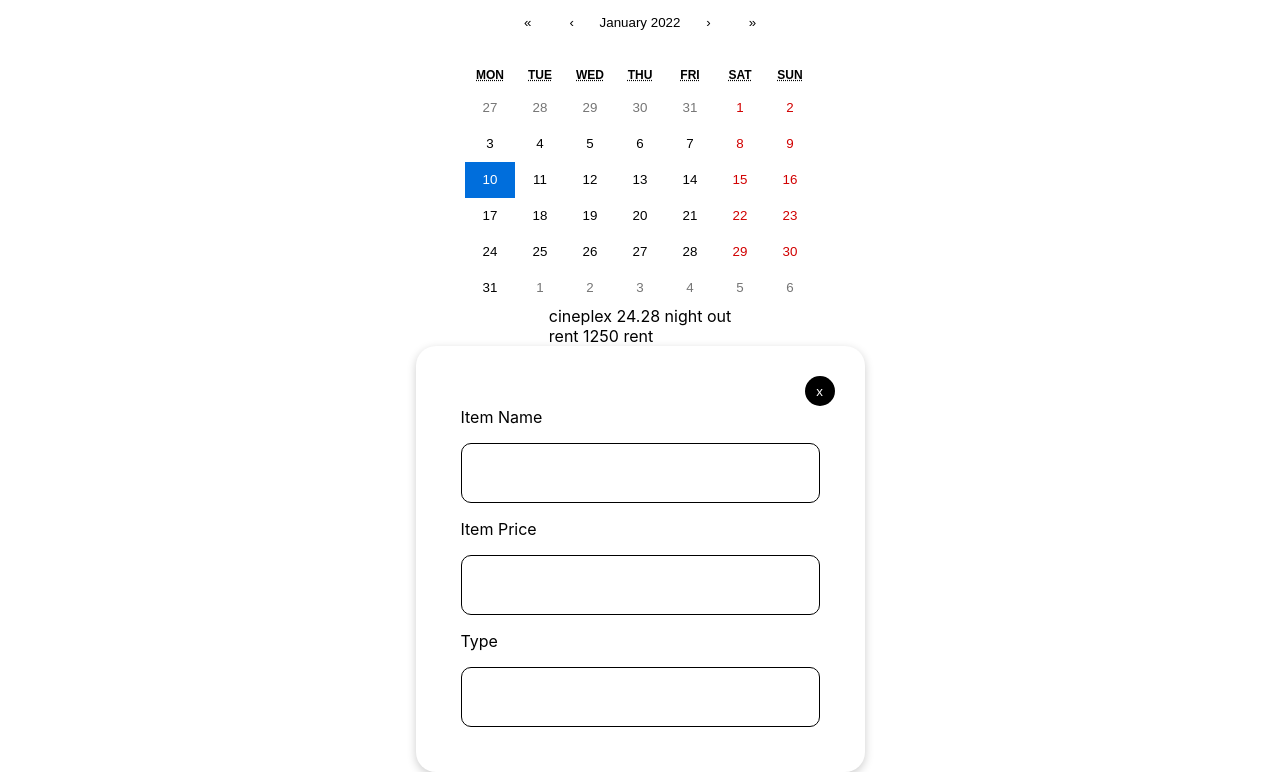
Repository: julianm09/expense-tracker
Page: /
These files come from the project's save history. The page is drawn as it stood at one moment and after the next save; the edit follows.
The browser window is 1280 px wide. The pictures show the whole page.
The project was rebuilt for these pictures with package versions that can differ from the ones it lists, and the page was loaded fresh each time. The framework's server and built-in components were replaced by stand-ins that run in the browser. Also part of the build but not shown: next.config.js.

Above is the page before, as saved 2022-01-10 15:04:29.

### pages/_document.js
import Document, { Html, Head, Main, NextScript } from "next/document";
import { ServerStyleSheet } from "styled-components";

class MyDocument extends Document {
  static async getInitialProps(ctx) {
    const sheet = new ServerStyleSheet();
    const originalRenderPage = ctx.renderPage;

    try {
      ctx.renderPage = () =>
        originalRenderPage({
          enhanceApp: (App) => (props) =>
            sheet.collectStyles(<App {...props} />),
        });

      const initialProps = await Document.getInitialProps(ctx);
      return {
        ...initialProps,
        styles: (
          <>
            {initialProps.styles}
            {sheet.getStyleElement()}
          </>
        ),
      };
    } finally {
      sheet.seal();
    }
  }
}



export default MyDocument;

### pages/index.js
import { useState, useEffect } from "react";
import styled from "styled-components";
import MyCalender from "../comps/Calender";
import "react-calendar/dist/Calendar.css";
import DisplayExpense from "../comps/DisplayExpense";
import PopUp from "../comps/popup";

const Cont = styled.div`
  display: flex;
  justify-content: center;
  align-items: center;
  width: 100%;
  flex-direction: column;
`;

export default function Home() {
  const [date, setDate] = useState("");

  const [expenses, setExpenses] = useState({
    "2022-01-08": [
      { name: "save on foods", price: 101.22, type: "groceries" },
      { name: "shell", price: 55.21, type: "gasoline" },
    ],
    "2022-01-09": [
      { name: "earls", price: 150.45, type: "dining" },
      { name: "starbucks", price: 5.24, type: "coffee" },
    ],
    "2022-01-10": [
      { name: "cineplex", price: 24.28, type: "night out" },
      { name: "rent", price: 1250, type: "rent" },
    ],
  });

  return (
    <Cont>
      <MyCalender date={date} setDate={setDate} />
      <DisplayExpense expenses={expenses} date={date} />
      <PopUp />
    </Cont>
  );
}

### comps/Calender.js
import { useState, useEffect } from "react";
import styled from "styled-components";
import Calendar from "react-calendar";
import "react-calendar/dist/Calendar.css";

const CalenderUI = styled(Calendar)`
  display: flex;
  flex-direction: column;
  justify-content: center;
  align-items: center;
  border: none;
`;

export default function MyCalender({ date, setDate }) {
  const [value, onChange] = useState(new Date());

  function convert(str) {
    var date = new Date(str),
      mnth = ("0" + (date.getMonth() + 1)).slice(-2),
      day = ("0" + date.getDate()).slice(-2);
    return [date.getFullYear(), mnth, day].join("-");
  }

  useEffect(() => {
    setDate(convert(value));
  }, [value]);

  return (
    <div>
      <CalenderUI onChange={onChange} value={value} />
    </div>
  );
}

### comps/DisplayExpense.js
import { useState, useEffect } from "react";
import styled from "styled-components";

const Cont = styled.div`
  display: flex;
  flex-direction: column;
`;

export default function DisplayExpense({ expenses, date }) {
  console.log(expenses);

  return (
    <Cont>
      {expenses[date]
        ? expenses[date].map((expense) => (
            <div key={expense.name}>
              {expense.name + " " + expense.price + " " + expense.type}
            </div>
          ))
        : ""}
    </Cont>
  );
}

### comps/popup.js
import { useState, useEffect } from "react";
import styled from "styled-components";

const Cont = styled.div`
  display: flex;
  flex-direction: column;

  align-items: center;
  min-width: 392px;
  min-height: 422px;
  padding: 45px;
  background-color: #fff;
  border-radius: 20px;
  box-shadow: 0 3px 10px rgb(0 0 0 / 0.2);
  position: relative;
`;
const XButton = styled.button`
  position: absolute;
  top: 30px;
  right: 30px;
  border: none;
  border-radius: 20px;
  background-color: #000;
  width: 30px;
  height: 30px;
  color: #fff;
`;

const TextCont = styled.div`
  width: 359px;
  display: flex;
  justify-content: flex-start;

  flex-direction: column;
`;

const Box = styled.input`
  width: 359px;
  height: 60px;
  border: 0.5px solid #000;
  border-radius: 10px;
`;

const Title = styled.p``;
const BottomDiv = styled.div``;
export default function PopUp() {
  return (
    <Cont>
      <XButton>x</XButton>
      <BottomDiv>
        <TextCont>
          <Title>Item Name</Title>
          <Box></Box>
        </TextCont>
        <TextCont>
          <Title>Item Price</Title>
          <Box></Box>
        </TextCont>
        <TextCont>
          <Title>Type</Title>
          <Box></Box>
        </TextCont>
      </BottomDiv>
    </Cont>
  );
}

Loaded but not shown: pages/_app.js (common file); styles/globals.css (common file)

After the next save:
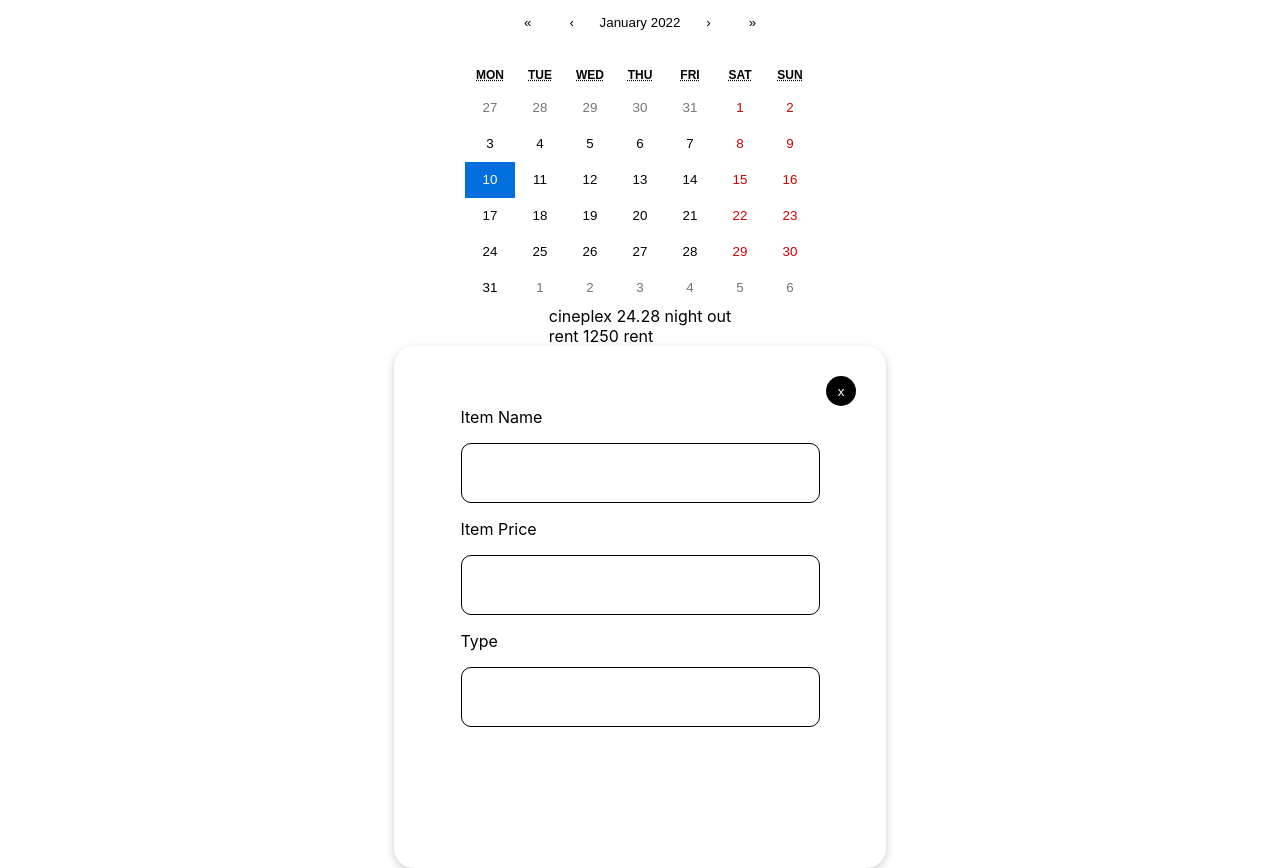
Saved 4 s later.
--- a/comps/popup.js
+++ b/comps/popup.js
@@ -6,8 +6,8 @@ const Cont = styled.div`
   flex-direction: column;
 
   align-items: center;
-  min-width: 392px;
-  min-height: 422px;
+  min-width: 492px;
+  min-height: 522px;
   padding: 45px;
   background-color: #fff;
   border-radius: 20px;
